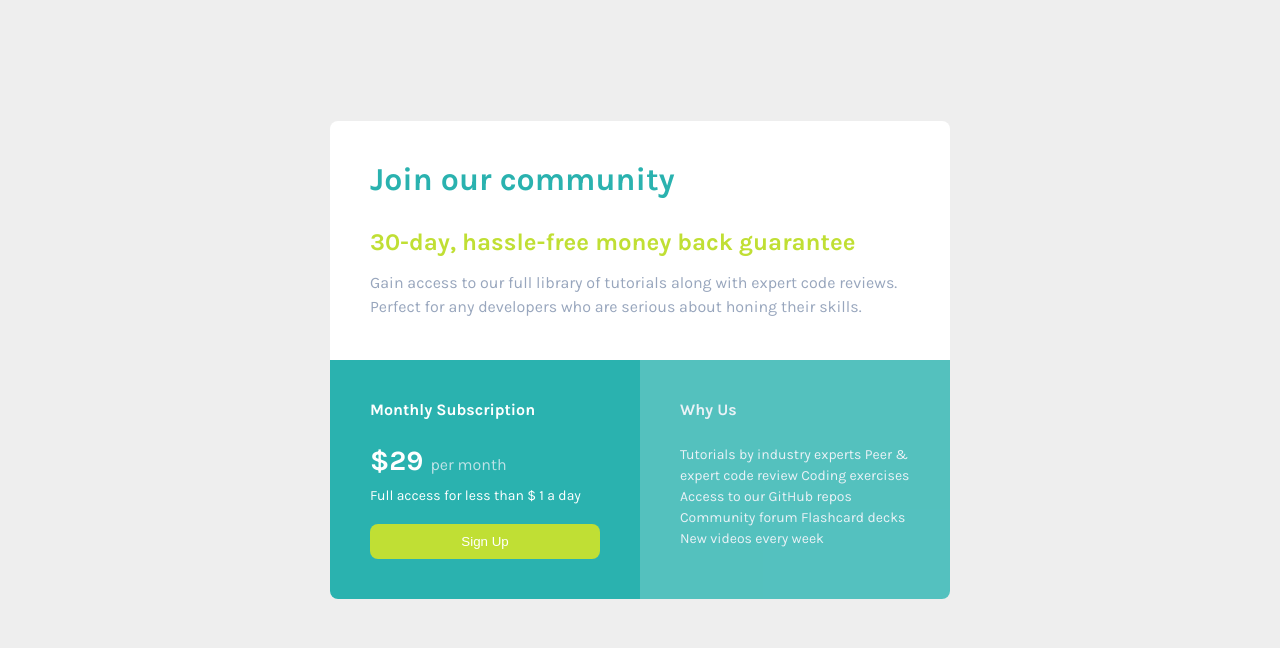
Repository: Akashiii1/WebSingleGrid_Day3
Page: index.html
An editor plug-in stored every save of this project. The page is shown before and after the next save, followed by the edit.
The browser window is 1280 px wide. The pictures show the whole page.

Above is the page before, as saved 2021-12-22 02:01:01.

### index.html
<!DOCTYPE html>
<html lang="en">
  <head>
    <meta charset="UTF-8" />
    <meta name="viewport" content="width=device-width, initial-scale=1.0" />
    <!-- displays site properly based on user's device -->

    <link
      rel="icon"
      type="image/png"
      sizes="32x32"
      href="./images/favicon-32x32.png"
    />

    <title>Frontend Mentor | Single Price Grid Component</title>

    <!-- Feel free to remove these styles or customise in your own stylesheet 👍 -->
    <link rel="stylesheet" href="style.css" />
    <style>
      .attribution {
        font-size: 11px;
        text-align: center;
      }
      .attribution a {
        color: hsl(228, 45%, 44%);
      }
    </style>
  </head>
  <body>
    <!-- Join our community

  30-day, hassle-free money back guarantee

  Gain access to our full library of tutorials along with expert code reviews.
  Perfect for any developers who are serious about honing their skills.

  Monthly Subscription

  &dollar;29 per month

  Full access for less than &dollar;1 a day

  Sign Up

  Why Us

  Tutorials by industry experts
  Peer &amp; expert code review
  Coding exercises
  Access to our GitHub repos
  Community forum
  Flashcard decks
  New videos every week -->
    <div class="wrapper">
      <div class="container">
        <div class="box item1">
          <h1>Join our community</h1>
          <h3>30-day, hassle-free money back guarantee</h3>
          <p>
            Gain access to our full library of tutorials along with expert code
            reviews. Perfect for any developers who are serious about honing
            their skills.
          </p>
        </div>
        <div class="box item2">
          <h4>Monthly Subscription</h4>
          <span>&dollar;29 <span class="light">per month</span> </span>
          <p>Full access for less than &dollar; 1 a day</p>
          <button class="btn">Sign Up</button>
        </div>
        <div class="box item3">
          <h4>Why Us</h4>
          <p>
            Tutorials by industry experts Peer &amp; expert code review Coding
            exercises Access to our GitHub repos Community forum Flashcard decks
            New videos every week
          </p>
        </div>
      </div>
    </div>
    <!-- <footer>
    <p class="attribution">
      Challenge by <a href="https://www.frontendmentor.io?ref=challenge" target="_blank">Frontend Mentor</a>.
      Coded by <a href="#">Your Name Here</a>.
    </p>
  </footer> -->
  </body>
</html>

### style.css

@import url('https://fonts.googleapis.com/css2?family=Karla:wght@400;700&display=swap');
:root{
  --Cyan: hsl(179, 62%, 43%);
 --BrightYellow: hsl(71, 73%, 54%);
 --LightGray: hsl(204, 43%, 93%);
 --GrayishBlue: hsl(218, 22%, 67%);
}
html {
box-sizing: border-box;
}
*{
margin: 0;
padding: 0;
}
*,*:before,*:after {
box-sizing: border-box;
}
input,
textarea,
select,
button{
outline: none;
}
input{
line-height: normal;
}
label,
button{
cursor: pointer;
}
a {
text-decoration: none;
}
img {
display: block;
max-width: 100%;
}
body{
  font-family: 'Karla', sans-serif;
  display: flex;
  justify-content: center;
  align-items: center;
  min-height: 100vh;
  background-color: #eee;
}
.wrapper{
  max-width: 620px;
  background-color: #fff;
  border-radius: 8px;
  overflow: hidden;
}
.container{
  display: grid;
  grid-template-columns:1fr 1fr;
  grid-template-rows: 1fr 1fr;
  grid-template-areas:"it1 it1"
                      "it2 it3";
}
.item1{
  grid-area: it1;
}
.item2{
  grid-area: it2;

}
.item3{
  grid-area: it3;
}
.box{
  padding: 40px;
}
.item1 h1{
  font-size: 32px;
  color:var(--Cyan) ;
  margin-bottom: 30px;
}
.item1 h3{
  color: var(--BrightYellow);
  font-size: 24px;
  margin-bottom: 15px;
}
.item1 p{
  color: var(--GrayishBlue);
  font-weight: 400;
  line-height: 1.5;

}
.item2 {
  background-color: var(--Cyan);
  color: #fff;
}
.item2 h4{
  margin-bottom: 25px;
}
.item2 span{
  font-size: 28px;
  font-weight: 600;

}
.item2 span .light{
  font-size: 16px;
  color: var(--LightGray);
  font-weight: lighter;
  opacity: .8;
}
.item2 p{

  font-size: 14px;
  margin: 10px 0 20px;
}
.item3{
  background-color: var(--Cyan);
  opacity: .8;
  color: var(--LightGray);
}
.item3 h4{
  margin-bottom: 25px;
}
.item3 p{
  font-size: 14px;
  color: var(--LightGray);
  line-height: 1.5;
  margin-right: auto;
}
.btn{
  width: 100%;
  /* height: 40px; */
  background-color: var(--BrightYellow);
  border: 0;
  outline: none;
  color: #fff;
  border-radius: 8px;
  padding: 10px;
}

After the next save:
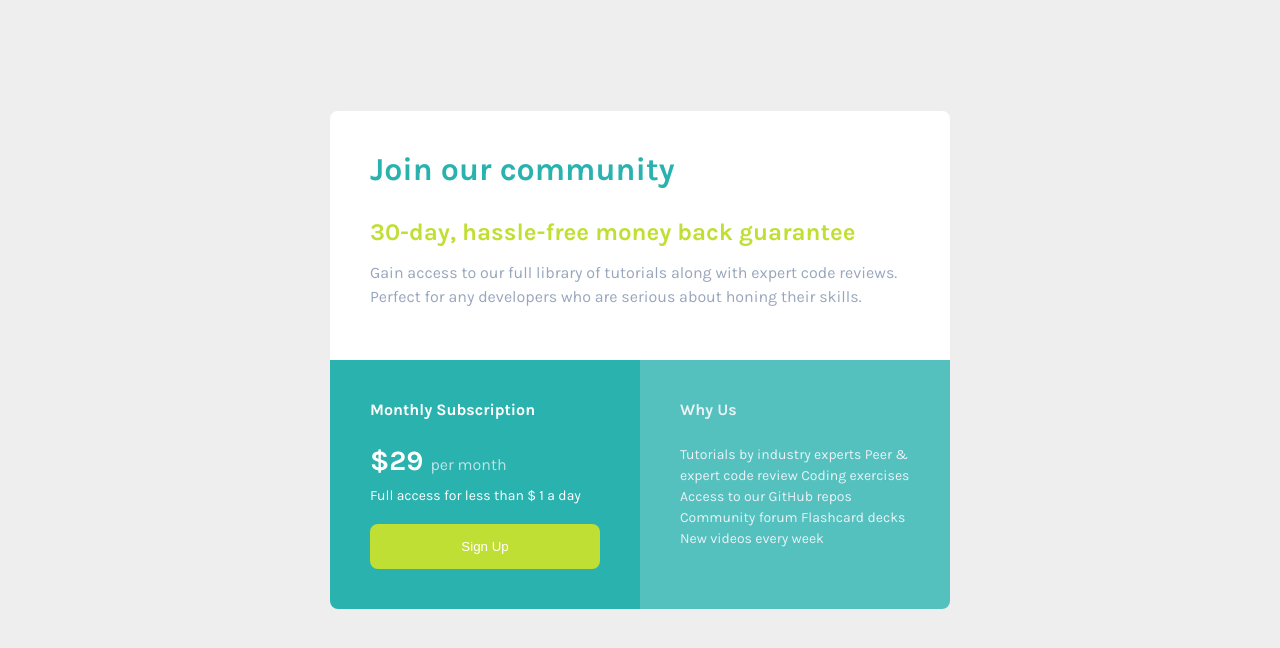
Saved 7 s later.
--- a/style.css
+++ b/style.css
@@ -131,5 +131,5 @@ body{
   outline: none;
   color: #fff;
   border-radius: 8px;
-  padding: 10px;
+  padding: 15px 20px;
 }
